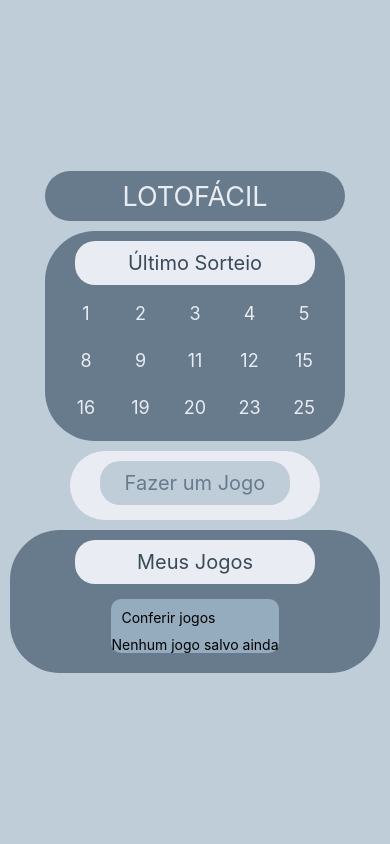
Repository: Deyvid-Kasteh/LotofacilApp
Screen: /
An editor plug-in stored every save of this project. The screen is shown before and after a run of saves, followed by the edit.
The app was drawn by React Native's web renderer in a window 390 px wide. The project was rebuilt for these pictures with package versions that can differ from the ones it lists, and the page was loaded fresh each time. Also part of the build but not shown: Bolhas.js, components/Resultado.js, components/Jogo.js, paginaTESTE.js, paginaTESTE2.js, SeuComponentePai.js, components/ResultadoTexte2.js.

Above is the screen before, as saved 2023-12-02 23:19:14.

After the next 2 saves:
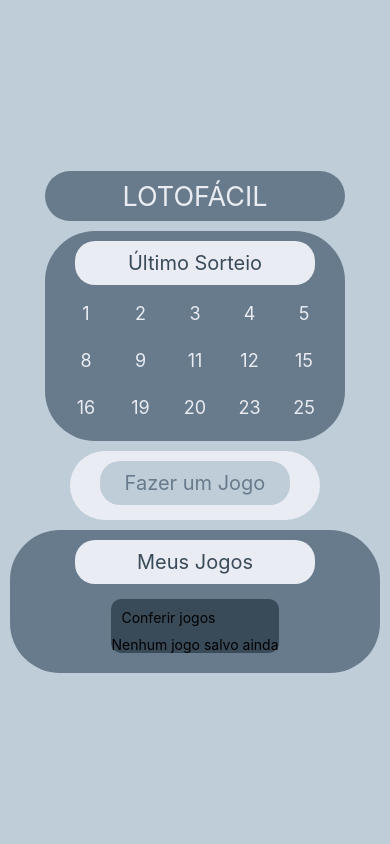
The 2 saves are shown as one change because they came seconds apart.
The last was saved 9 s later.
--- a/components/MostrarJogosSalvos.js
+++ b/components/MostrarJogosSalvos.js
@@ -49,7 +49,7 @@
       style={{
         borderRadius: 10,
         margin: 10,
-        backgroundColor: Cores.cor3,
+        backgroundColor: Cores.cor5,
       }}
     >
       <View
